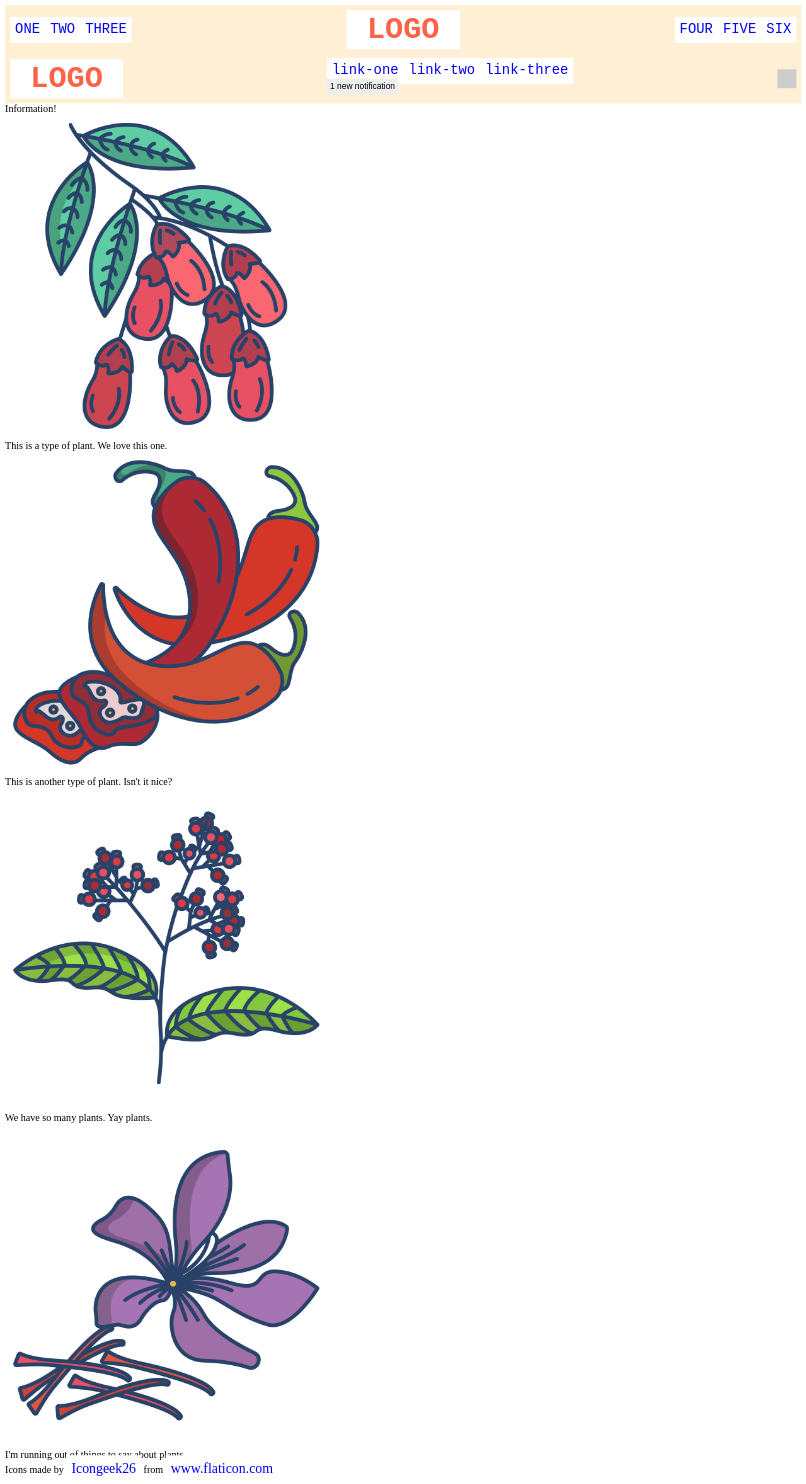
Repository: HeliosAI9/First-test-website
Page: mywebsite/html-boilerplate/pages/flex.html
The author's editor kept a copy of each file at every save. The page is drawn from the files as they stood at one save, then again after the next save.
The browser window is 1280 px wide. The pictures show the whole page, at 63% of full size.
Some web fonts or font styles are not loaded; a fallback is used.

Above is the page before, as saved 2023-06-03 01:14:24.

After the next save:
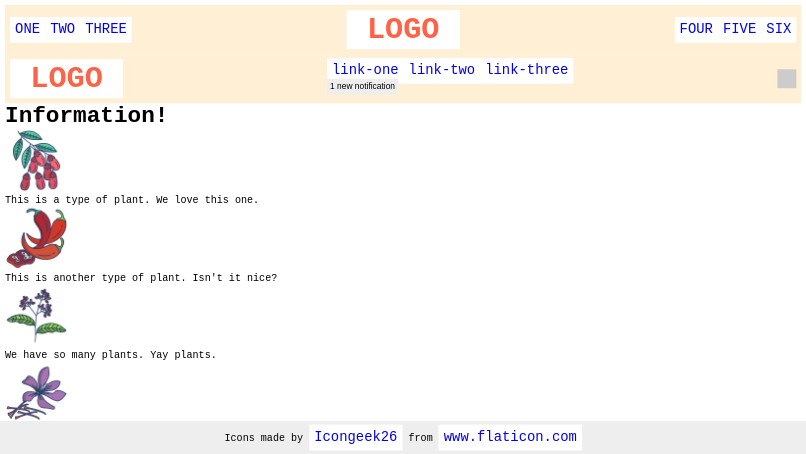
Saved 48 s later.
--- a/mywebsite/html-boilerplate/css/flex.css
+++ b/mywebsite/html-boilerplate/css/flex.css
@@ -42,3 +42,30 @@
     height: 30px;
     background-color: #ccc;
   }
+
+  body {
+    font-family: 'Courier New', Courier, monospace;
+  }
+
+  img {
+    width: 100px;
+    height: 100px;
+  }
+
+  .title {
+    font-size: 36px;
+    font-weight: 900;
+  }
+
+  /* do not edit this footer */
+  .footer {
+    position: fixed;
+    bottom: 0;
+    left: 0;
+    right: 0;
+    height: 52px;
+    display: flex;
+    align-items: center;
+    justify-content: center;
+    background: #eee;
+  }
